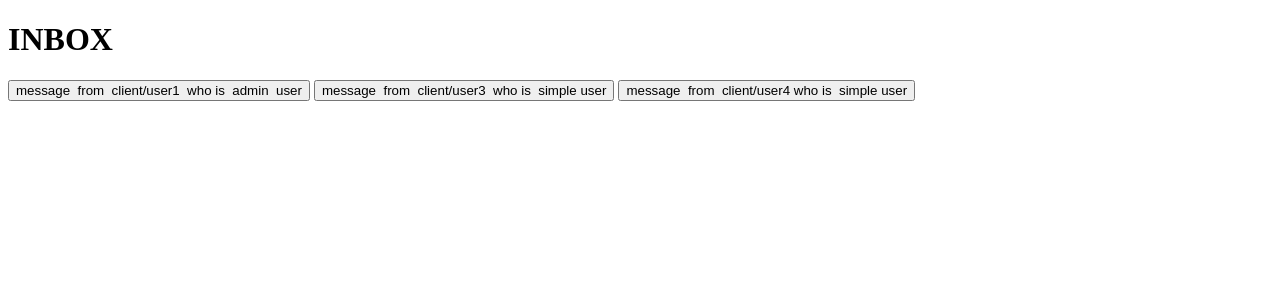
Repository: heenasalim/Java_Script
Page: Simplehtmldemo/WebContent/FBUSER2.html
The author's editor kept a copy of each file at every save. The page is drawn from the files as they stood at one save, then again after the next save.
The browser window is 1280 px wide. The pictures show the whole page.

Above is the page before, as saved 2015-10-12 10:48:13.

### Simplehtmldemo/WebContent/FBUSER2.html
<!DOCTYPE html PUBLIC "-//W3C//DTD HTML 4.01 Transitional//EN" "http://www.w3.org/TR/html4/loose.dtd">
<html>
<head>
<meta http-equiv="Content-Type" content="text/html; charset=ISO-8859-1">
<title>Insert title here</title>
</head>
<body>
<H1>INBOX</H1>
<input type="submit"  value="message  from  client/user1  who is  admin  user">
<input type="submit"  value="message  from  client/user3  who is  simple user">
<input type="submit"  value="message  from  client/user4 who is  simple user">
</body>
</html>

After the next save:
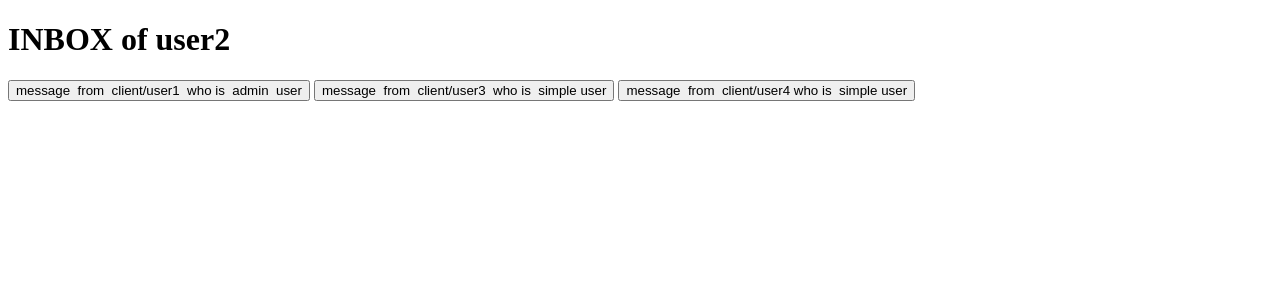
Saved 6 s later.
--- a/Simplehtmldemo/WebContent/FBUSER2.html
+++ b/Simplehtmldemo/WebContent/FBUSER2.html
@@ -5,7 +5,7 @@
 <title>Insert title here</title>
 </head>
 <body>
-<H1>INBOX</H1>
+<H1>INBOX  of  user2</H1>
 <input type="submit"  value="message  from  client/user1  who is  admin  user">
 <input type="submit"  value="message  from  client/user3  who is  simple user">
 <input type="submit"  value="message  from  client/user4 who is  simple user">
